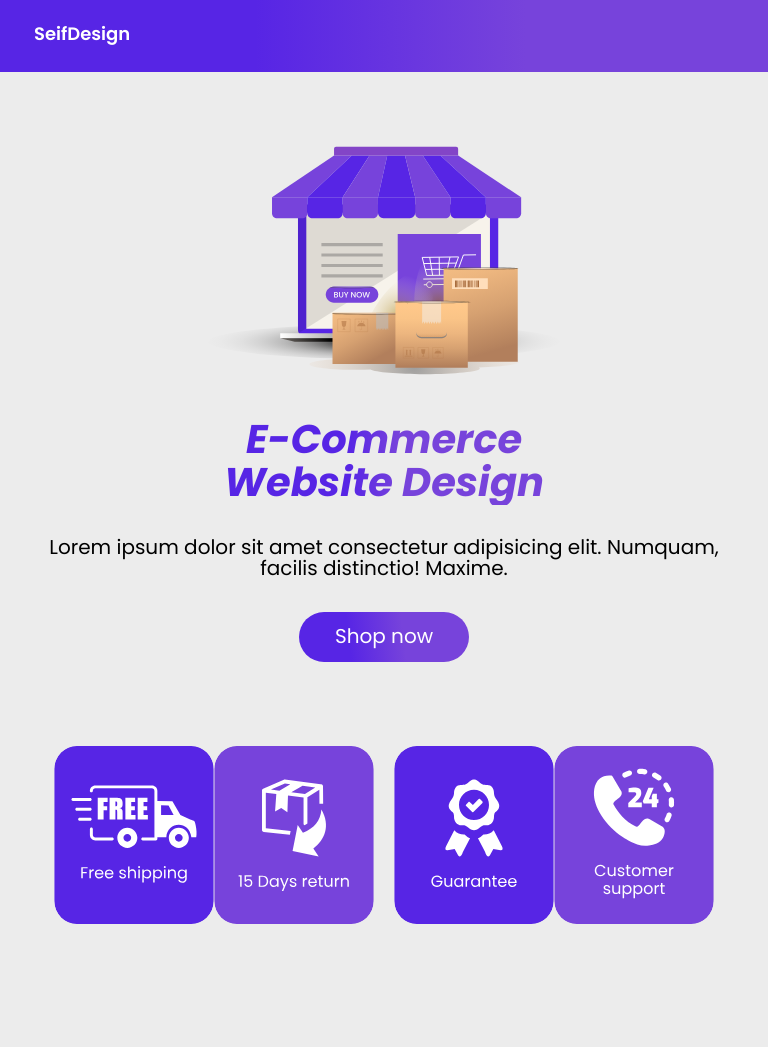
Repository: NatiqSamiyev/commers-desing-JS
Page: index.html
These files come from the project's save history. The page is drawn as it stood at one moment and after the next save; the edit follows.
The browser window is 768 px wide. The pictures show the whole page.
Some web fonts or font styles are not loaded; a fallback is used.

Above is the page before, as saved 2023-11-06 11:44:35.

After the next save:
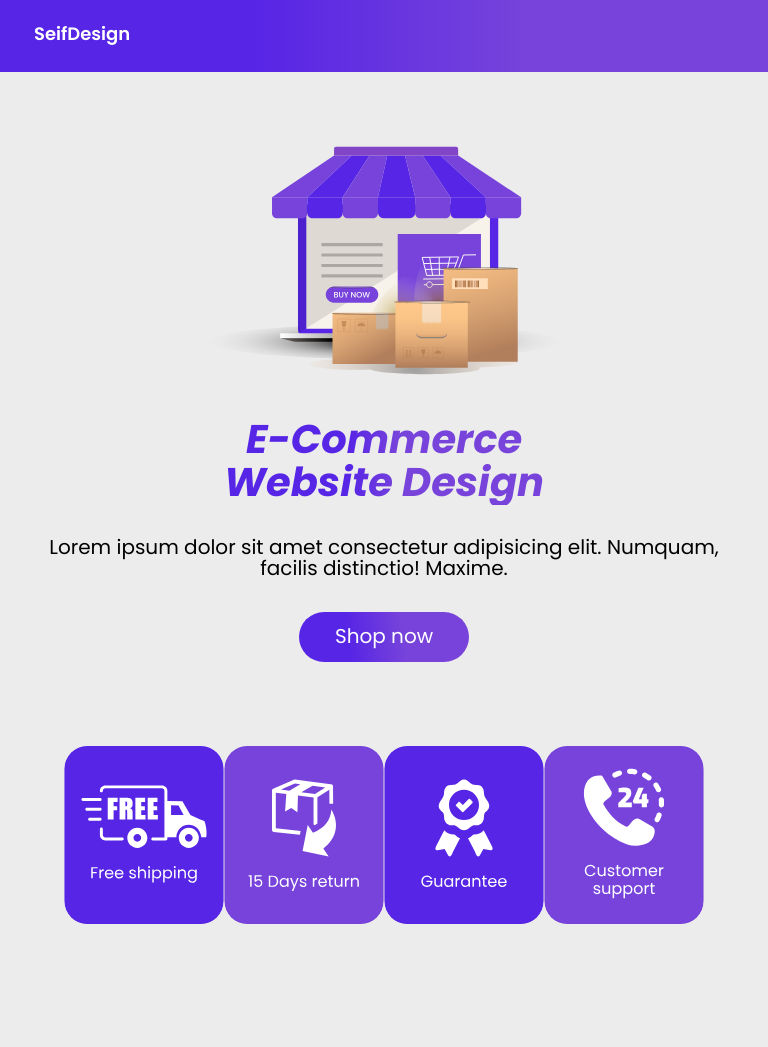
Saved 4 s later.
--- a/index.css
+++ b/index.css
@@ -210,10 +210,6 @@ main .image-container .box-1 {
   .bottom-container {
     margin-top: 46px;
     display: flex;
-
-
-    gap: 20px;
-    flex-wrap: wrap;
   }
 
   .bottom-container img {
